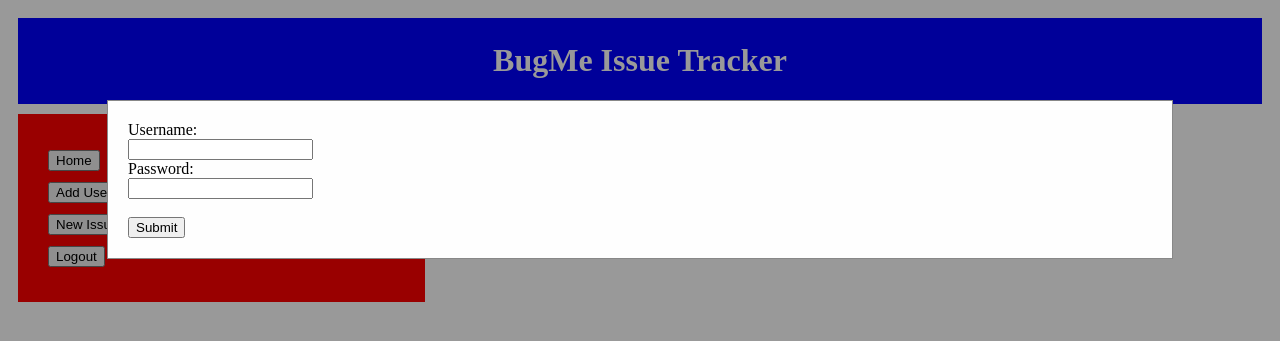
Repository: ranaldo89/info-2180-final-project
Page: index.html
The author's editor kept a record of every edit. The page is drawn from the files as they stood at one moment, then again after the next edit.
The browser window is 1280 px wide. The pictures show the whole page.

Above is the page before.
Console error: TypeError: Cannot read properties of null (reading 'addEventListener')

After the next edit:
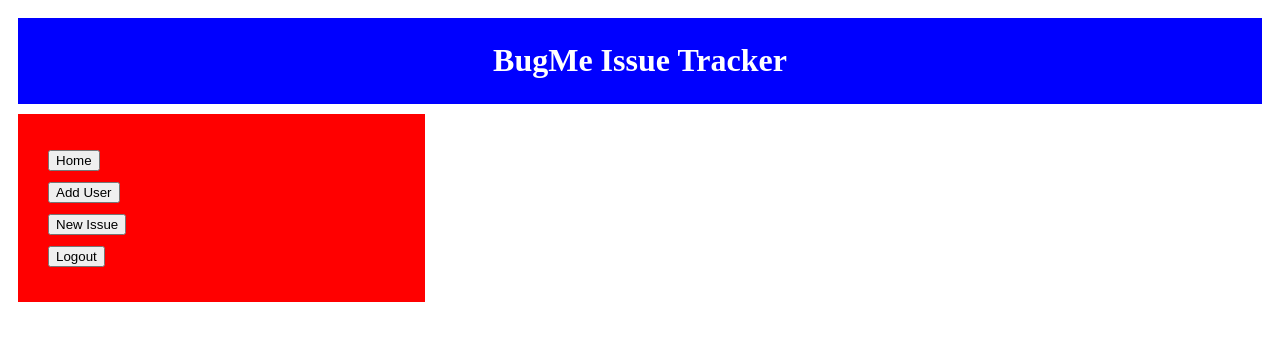
Console error: ReferenceError: modal is not defined
The edit:
--- a/app.js
+++ b/app.js
@@ -10,10 +10,7 @@
     var logout = document.getElementById("logout");
     var httpRequest = new XMLHttpRequest();
     var url = "/index.php";
-    var loginButton = document.getElementById("loginButton");
-    var passwordField = document.getElementById("passwordField");
-    var usernameField = document.getElementById("usernameField");
-    var modal = document.getElementById("myModal");
+
     modal.style.display = "block";
 
     addUser.addEventListener("click", function() {

After the edit that followed:
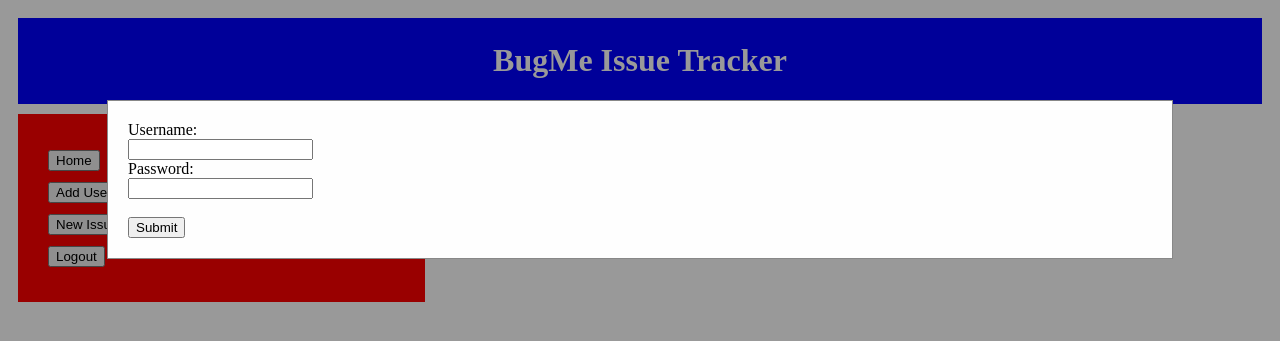
Console error: TypeError: Cannot read properties of null (reading 'addEventListener')
The edit:
--- a/app.js
+++ b/app.js
@@ -8,6 +8,10 @@
     var password = document.getElementById("password");
     var submit = document.getElementById("login");
     var logout = document.getElementById("logout");
+    var loginButton = document.getElementById("loginButton");
+    var passwordField = document.getElementById("passwordField");
+    var usernameField = document.getElementById("usernameField");
+    var modal = document.getElementById("myModal");
     var httpRequest = new XMLHttpRequest();
     var url = "/index.php";
 
